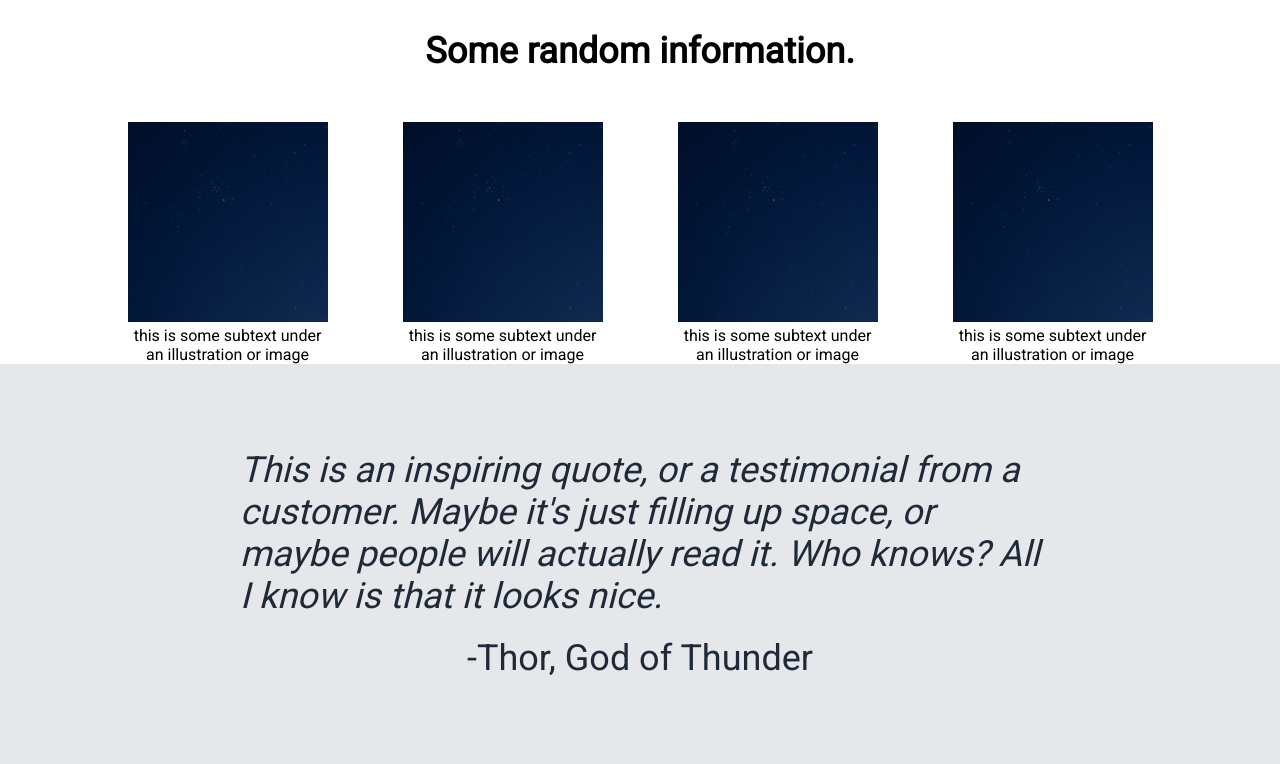
Repository: aaronestre/odin-landingpage
Page: index.html
These files come from the project's save history. The page is drawn as it stood at one moment and after the next save; the edit follows.
The browser window is 1280 px wide. The pictures show the part of the page from y = 570 to 1334 px (the page is 1334 px tall).
A picture or video elsewhere on the page could not be fetched, so the positions and the page height are approximate.

Above is the page before, as saved 2025-02-12 20:24:59.

After the next save:
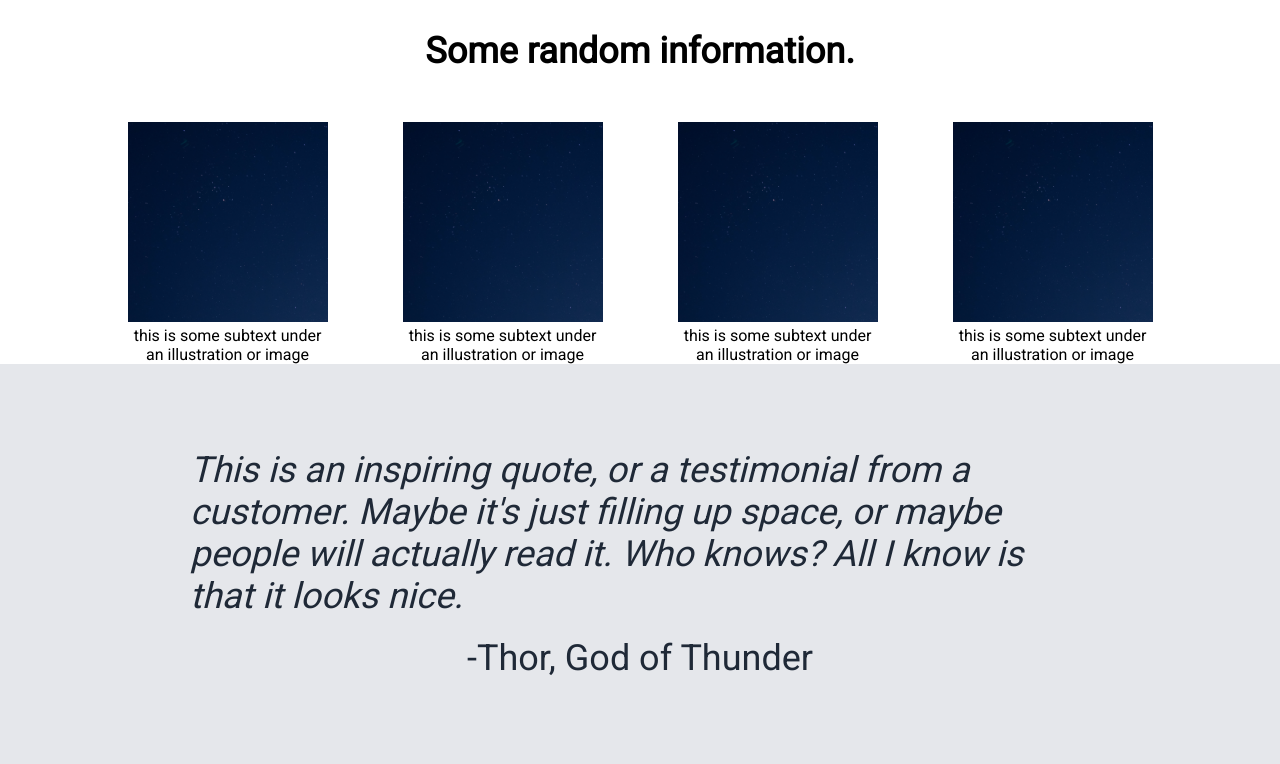
Saved 7 s later.
--- a/index.css
+++ b/index.css
@@ -112,5 +112,5 @@
 .quote-text {
     font-style: italic;
     margin-bottom: 20px;
-    width: 800px;
+    width: 900px;
 }
